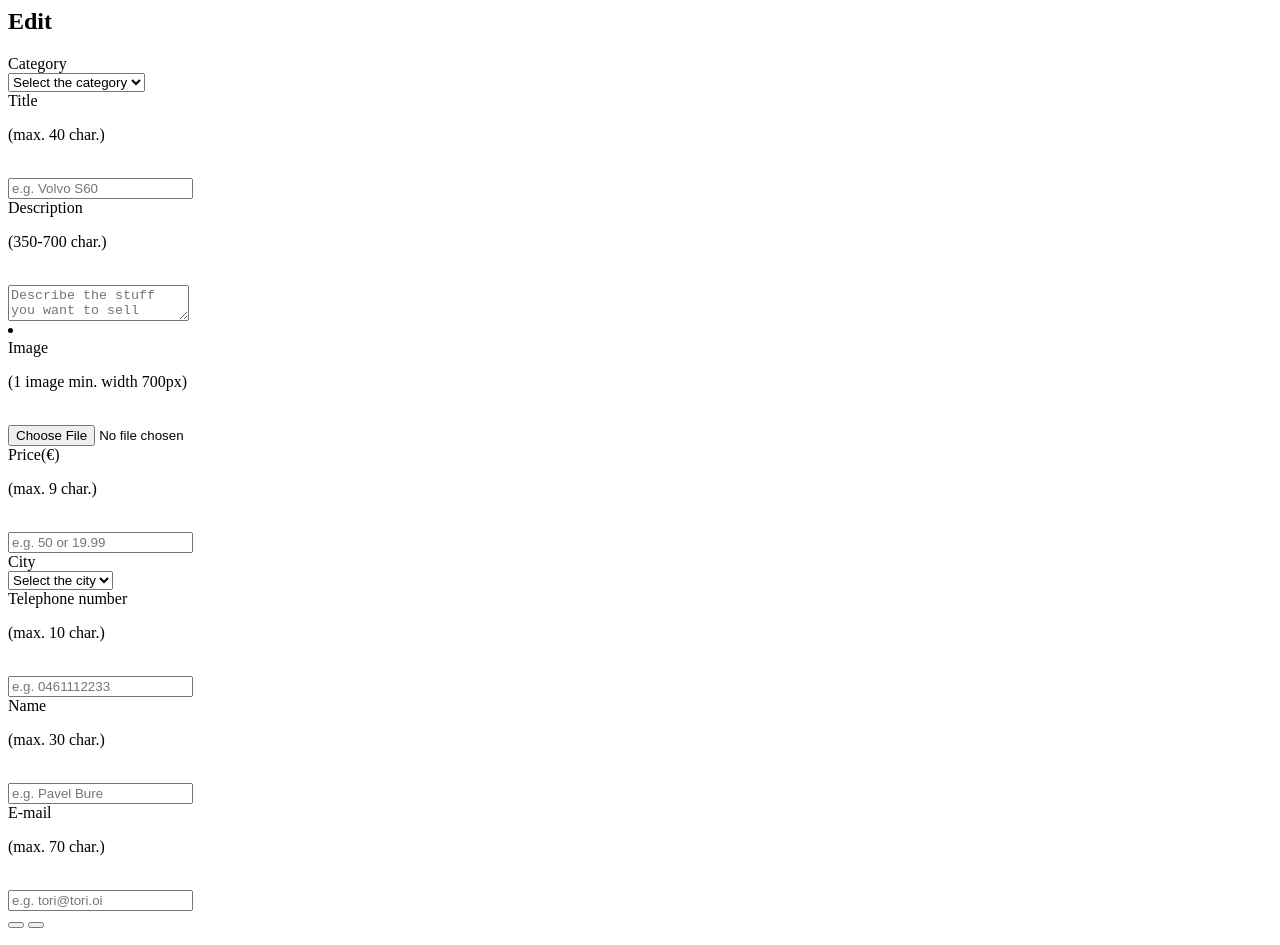
Repository: aidarm/Tori_II
Page: public/js/app/views/edit.html
The author's editor kept a record of every edit. The page is drawn from the files as they stood at one moment, then again after the next edit.
The browser window is 1280 px wide. The pictures show the whole page.

Above is the page before.

### public/js/app/views/edit.html
<form class="editForm" data-ng-submit="submitForm()">
    <h2>Edit</h2>
    <div class="formCategory">
        <label>Category</label><br />
        <select data-ng-model="form.category">
            <option value="" selected>Select the category</option>
            <option value="cars">Cars</option>
            <option value="houses">Houses</option>
        </select><br />
    </div>
    <label>Title</label><p> (max. 40 char.)</p><br />
    <input type="text" class="formTitle" placeholder="e.g. Volvo S60" data-ng-model="form.title" maxlength="40" /><br />
    <label>Description</label><p> (350-700 char.)</p><br />
    <textarea class="formDescription" placeholder="Describe the stuff you want to sell" data-ng-model="form.description" maxlength="700" value="item.description"></textarea><br />
    <flex-slider slide="img in form.img">
            <li>
                <img data-ng-src="{{ img }}">
            </li>
        </flex-slider>
    <label>Image</label><p> (1 image min. width 700px)</p><br />
    <input type="file" class="formImage" data-ng-file-select="onFileSelect($files)"><br />
    <div class="formPrice">
        <label>Price(&euro;)</label><p> (max. 9 char.)</p><br />
        <input type="text" placeholder="e.g. 50 or 19.99" data-ng-model="form.price" maxlength="10" /><br />
    </div>
    <div class="contact_information">
        <div class="formCity">
            <label>City</label><br />
            <select data-ng-model="form.city">
                <option value="" selected>Select the city</option>
                <option value="Helsinki">Helsinki</option>
                <option value="Turku">Turku</option>
            </select><br />
            <label>Telephone number</label><p> (max. 10 char.)</p><br />
            <input type="text" class="formPhone" placeholder="e.g. 0461112233" data-ng-model="form.phone" maxlength="10" /><br />
        </div>
        <label>Name</label><p> (max. 30 char.)</p><br />
        <input type="text" class="formTitle" placeholder="e.g. Pavel Bure" data-ng-model="form.name" maxlength="30" /><br />

        <label>E-mail</label><p> (max. 70 char.)</p><br />
        <input type="text" class="formEmail" placeholder="e.g. tori@tori.oi" data-ng-model="form.email" maxlength="70" /><br />
    </div>
    <div class="formButton">
        <button type="submit" data-icon="&#xe60a;" data-ng-click="send()"></button>
        <button type="submit" data-icon="&#xe609;" data-ng-click="cancel()"></button>
    </div>
</form>

After the next edit:
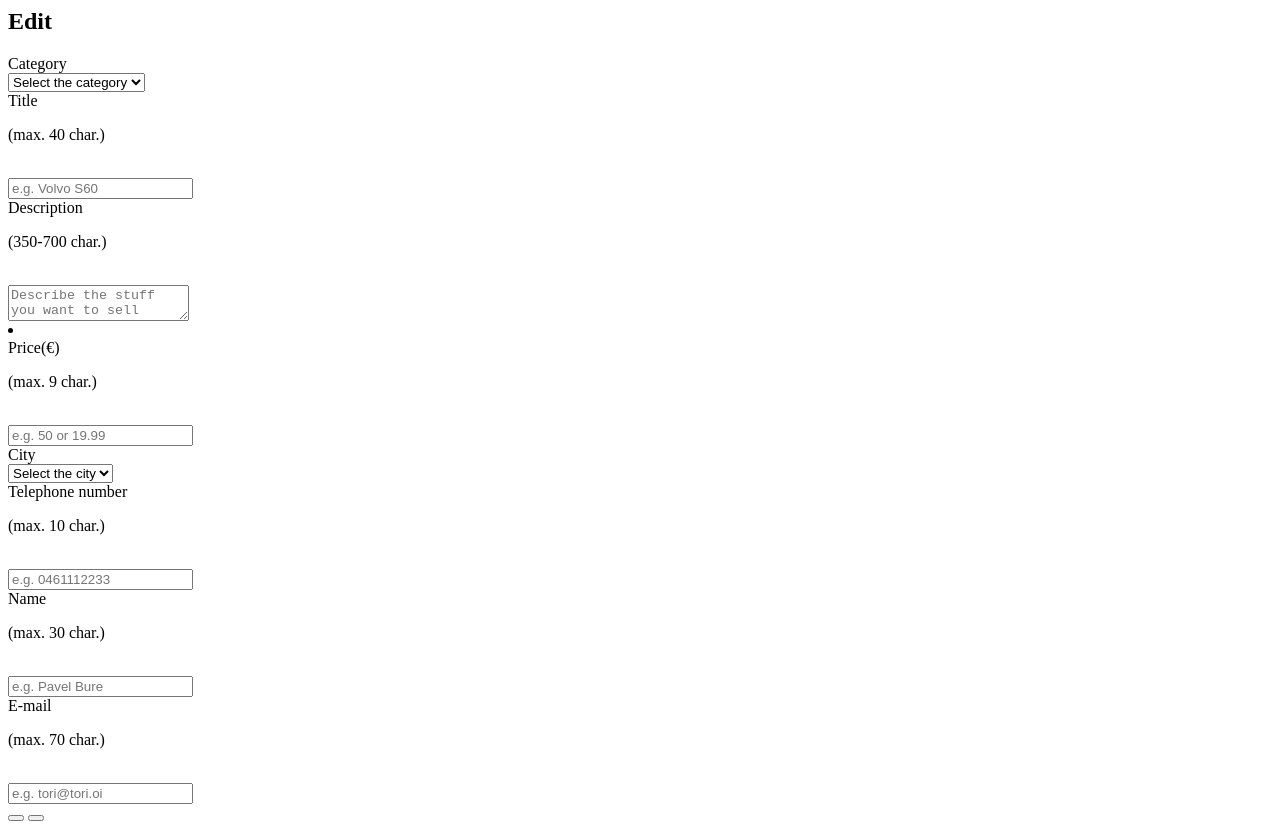
The edit:
--- a/public/js/app/views/edit.html
+++ b/public/js/app/views/edit.html
@@ -13,12 +13,10 @@
     <label>Description</label><p> (350-700 char.)</p><br />
     <textarea class="formDescription" placeholder="Describe the stuff you want to sell" data-ng-model="form.description" maxlength="700" value="item.description"></textarea><br />
     <flex-slider slide="img in form.img">
-            <li>
-                <img data-ng-src="{{ img }}">
-            </li>
-        </flex-slider>
-    <label>Image</label><p> (1 image min. width 700px)</p><br />
-    <input type="file" class="formImage" data-ng-file-select="onFileSelect($files)"><br />
+        <li>
+            <img data-ng-src="{{ img }}">
+        </li>
+    </flex-slider>
     <div class="formPrice">
         <label>Price(&euro;)</label><p> (max. 9 char.)</p><br />
         <input type="text" placeholder="e.g. 50 or 19.99" data-ng-model="form.price" maxlength="10" /><br />
